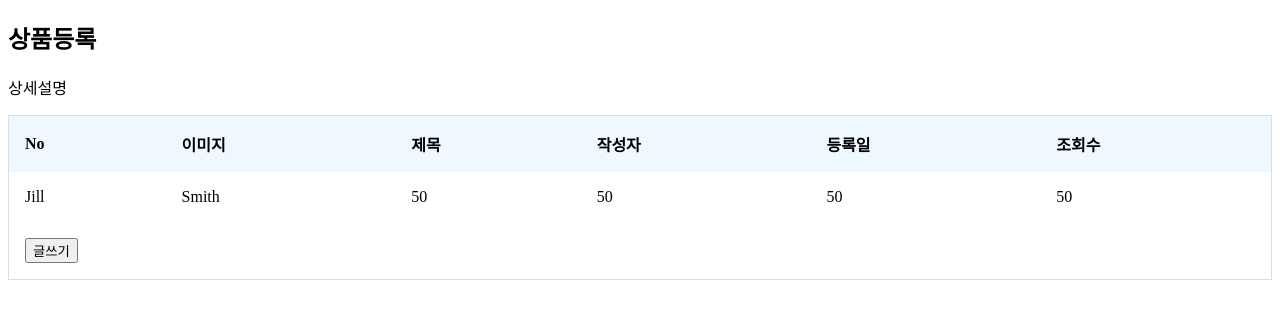
Repository: darae729/Project_shop
Page: http://localhost/SpringApp/WEB-INF/views/gallery/list.jsp
The author's editor kept a copy of each file at every save. The page is drawn from the files as they stood at one save, then again after the next save.
The browser window is 1280 px wide. The pictures show the whole page.
The page is served by Tomcat 9. Nobody is signed in. Other server files are loaded and not shown. The template is opened directly, without the code that normally fills it, so the values that code supplies are empty.

Above is the page before, as saved 2023-09-06 05:13:47.

### SpringApp/src/main/webapp/WEB-INF/views/gallery/list.jsp
<%@ page contentType="text/html; charset=UTF-8"%>
<!DOCTYPE html>
<html>
<head>
<meta name="viewport" content="width=device-width, initial-scale=1">
<style>
table {
	border-collapse: collapse;
	border-spacing: 0;
	width: 100%;
	border: 1px solid #ddd;
}

th, td {
	text-align: left;
	padding: 16px;
}

tr:nth-child(even) {
	background-color: #ffffff;
}

tr[id=first]{
	background-color: #f0f8ff;
}

</style>
<%@ include file="inc/head_link.jsp" %>
<script type="text/javascript">
$(function() {
	$("button").click(function() {
		location.href="/gallery/registform";
	});
});
</script>
</head>
<body>

	<h2>상품등록</h2>
	<p>상세설명</p>

	<table>
		<tr id="first">
			<th>No</th>
			<th>이미지</th>
			<th>제목</th>
			<th>작성자</th>
			<th>등록일</th>
			<th>조회수</th>
		</tr>

		<tr>
			<td>Jill</td>
			<td>Smith</td>
			<td>50</td>
			<td>50</td>
			<td>50</td>
			<td>50</td>
		</tr>

		<tr>
		<td colspan="6">
		<button>글쓰기</button>
		</td>
		</tr>
	</table>

</body>
</html>

### SpringApp/src/main/webapp/WEB-INF/views/gallery/inc/head_link.jsp
<%@ page contentType="text/html; charset=UTF-8"%>
<script src="https://ajax.googleapis.com/ajax/libs/jquery/3.6.4/jquery.min.js"></script>

After the next save:
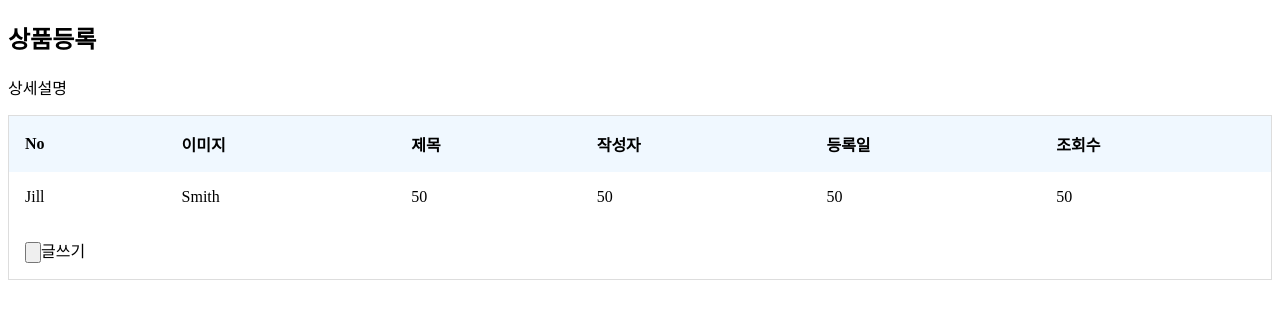
Saved 67 s later.
--- a/SpringApp/src/main/webapp/WEB-INF/views/gallery/list.jsp
+++ b/SpringApp/src/main/webapp/WEB-INF/views/gallery/list.jsp
@@ -60,7 +60,7 @@ $(function() {
 
 		<tr>
 		<td colspan="6">
-		<button>글쓰기</button>
+		<input type="button" id="bt_write">글쓰기</button>
 		</td>
 		</tr>
 	</table>
